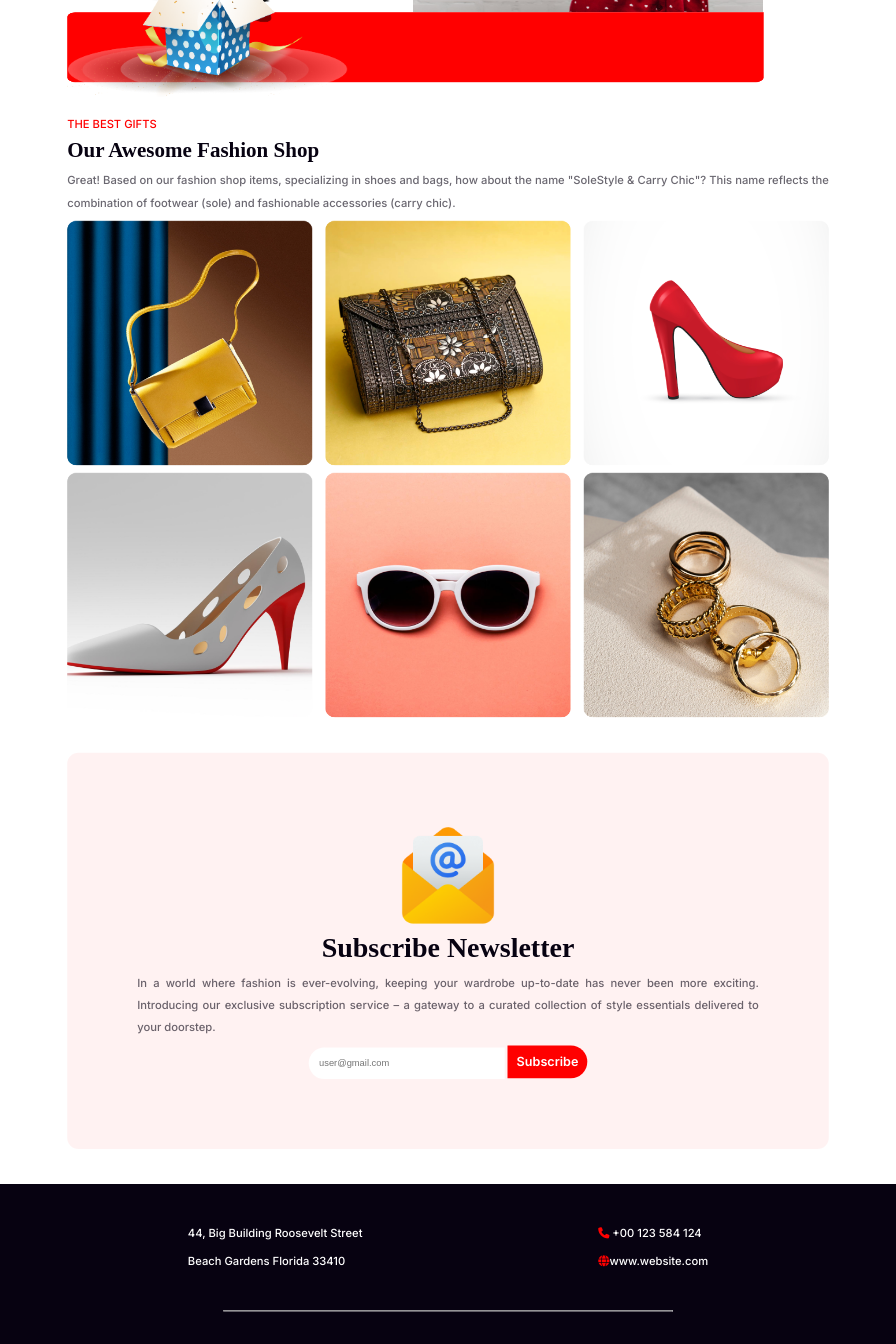
Repository: sumonkumarsarkar/new-year-2024
Page: index.html
The author's editor kept a copy of each file at every save. The page is drawn from the files as they stood at one save, then again after the next save.
The browser window is 1280 px wide. The pictures show the part of the page from y = 3149 to 5069 px (the page is 5377 px tall before and 5345 px after), at 70% of full size.

Above is the page before, as saved 2024-01-08 20:13:30.

After the next save:
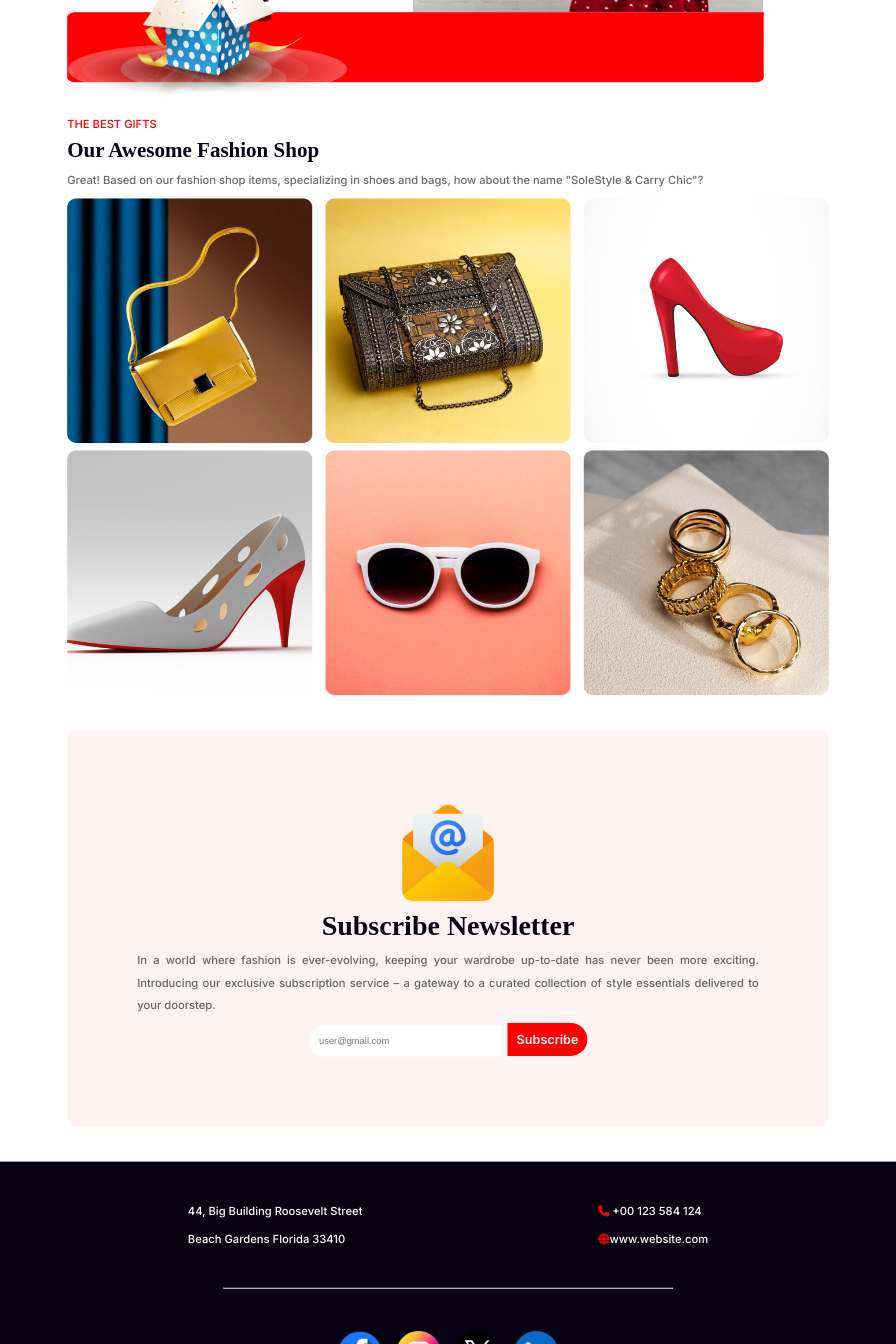
Saved 21 s later.
--- a/index.html
+++ b/index.html
@@ -137,7 +137,7 @@
             <div class="protfolio-text">
                    <h5>THE BEST GIFTS</h5>
                    <h4>Our Awesome Fashion Shop</h4>
-                   <p>Great! Based on our fashion shop items, specializing in shoes and bags, how about the name "SoleStyle & Carry Chic"? This name reflects the combination of footwear (sole) and fashionable accessories (carry chic). </p>
+                   <p>Great! Based on our fashion shop items, specializing in shoes and bags, how about the name "SoleStyle & Carry Chic"? </p>
             </div>
             <div class="protfolio-image">
                 <div class="image-div">
